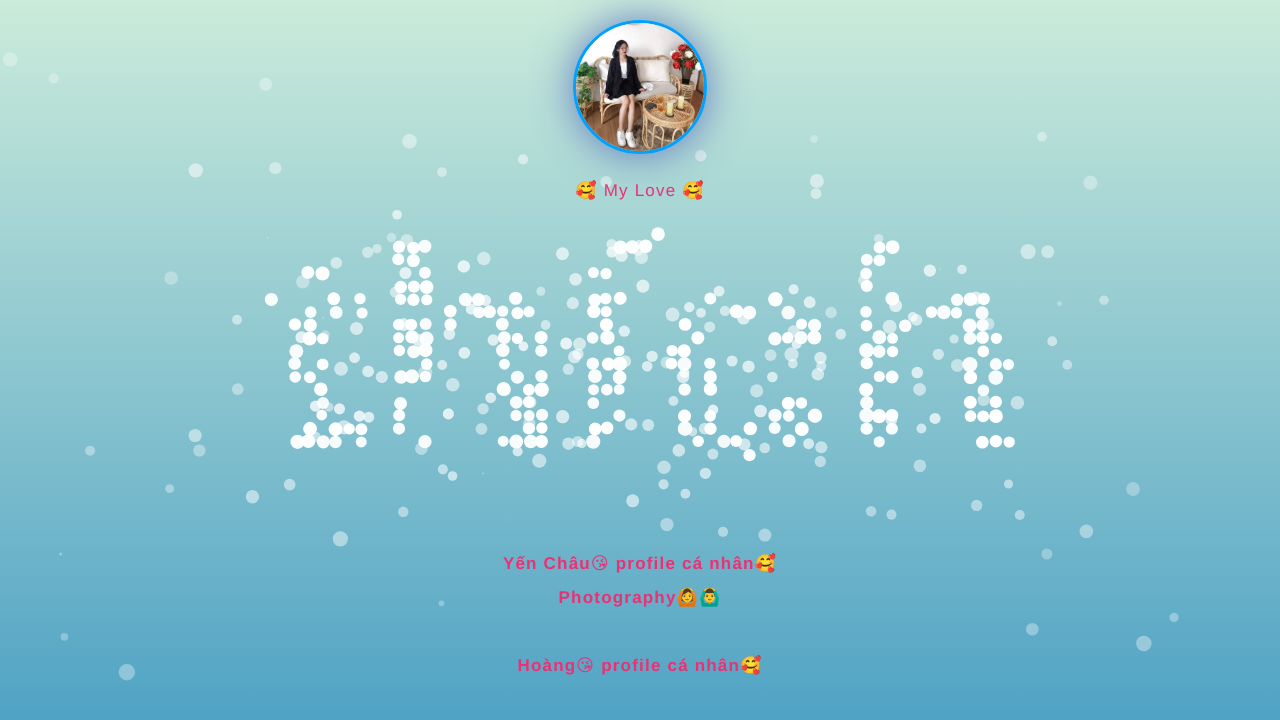
Repository: Hoang12342906/yennNgao
Page: loveyou.html
An editor plug-in stored every save of this project. The page is shown before and after the next save, followed by the edit.
The browser window is 1280 px wide. The pictures show the whole page.

Above is the page before, as saved 2022-08-19 12:28:24.

### loveyou.html
<html>
    <head>
        <meta http-equiv="Content-Type" content="text/html; charset=UTF-8">
        <title>LoveYen❤️</title>
        <meta name="google-site-verification" content="PJ98pYxN_Cr91EJNGtbaB9Fb-FL1PgjgoW08SpwYk84" />

        <link rel="Shortcut Icon" href="https://i.loli.net/2019/02/13/5c62f60e194c3.png" type="image/x-icon" />
        <meta name="viewport" content="width=device-width, initial-scale=1.0">
        <meta name="viewport" content="width=device-width, initial-scale=1.0, maximum-scale=1.0, user-scalable=0">
        <!--<meta itemprop="image" content="./images/fenxiang.png" />-->
        <style>
            html {
                height: 100%;
            }
            body {
                font-family: "Helvetica Neue", "Luxi Sans", "DejaVu Sans", Tahoma, "Hiragino Sans GB", "Microsoft Yahei", sans-serif;
                background: #79a8ae;
                color: #CFEBE4;
                font-size: 17px;
                line-height: 2;
                letter-spacing: 1.2px;
                margin: 0;
            }
            a {
                color: #ebf7f4;
            }
            .body--ready {
                background: -webkit-linear-gradient(top, rgb(203, 235, 219) 0%, rgb(55, 148, 192) 120%);
                background: -moz-linear-gradient(top, rgb(203, 235, 219) 0%, rgb(55, 148, 192) 120%);
                background: -o-linear-gradient(top, rgb(203, 235, 219) 0%, rgb(55, 148, 192) 120%);
                background: -ms-linear-gradient(top, rgb(203, 235, 219) 0%, rgb(55, 148, 192) 120%);
                background: linear-gradient(top, rgb(203, 235, 219) 0%, rgb(55, 148, 192) 120%);
            }
            .text {
                position: fixed;
                bottom: 100px;
                text-align: center;
                width: 100%;
            }
            .canvas {
                margin: 0 auto;
                display: block;
            }
            img#logo {
                width: 128px;
                background-size: cover;
                border-radius: 200px;
                box-shadow: 0px 0px 40px rgba(63, 81, 181, 0.72);
                border: 3px solid #00a0ff;
                opacity: 1;
                margin: 0 auto;
                margin-top: 20px;
                margin-bottom: 20px;
                transition: all 1.0s;
            }
            #logo:hover {
                box-shadow: 0 0 10px #fff;
                -webkit-box-shadow: 0 0 19px #fff;
                transform: rotate(360deg);
                -ms-transform: rotate(360deg); /* IE 9 */
                -moz-transform: rotate(360deg); /* Firefox */
                -webkit-transform: rotate(360deg); /* Safari 和 Chrome */
                -o-transform: rotate(360deg); /* Opera */
                filter: progid:DXImageTransform.Microsoft.BasicImage(rotation=3);
            }
            #music {
                grid-column: 2;
                position: relative;
                z-index: 1000;
                opacity: .4;
            }

            .cs {
                width: 100%;
                height: 100%;
                margin: 0 auto;
                position: absolute;
                text-align: center;
            }
            .text {
                position: fixed;
                bottom: 20px;
                text-align: center;
                width: 100%;
                font-weight: bold;
            }
            .text-right {
                position: fixed;
                bottom: 50px;
                text-align: right;
                width: 100%;
                font-weight: bold;
            }
            a:hover {

            background-color: rgb(193, 142, 183);
             }
             a{
                text-decoration: none;
             }

        </style>
    </head>
    <body>

    <div class="cs">
        <img src="./img/Yen.png" id="logo">
        <div><a  style="color: #ed3073; text-decoration: none" href="demngaylove.html" >🥰 My Love 🥰</a></div>
    </div>
    <div>
    <audio  loop autoplay>
        <source src="AngelBaby.mp3" type="audio/ogg">
      Your browser does not support the audio element.
    </audio>
</div>
    <canvas class="canvas" width="1820" height="905"></canvas>

    <p class="text" style="color: #ed3073;">Yến Châu😘
    <a style="color: #ed3073" href="https://iamyen0910.carrd.co/" >profile cá nhân🥰</a>
    <span><br><a style="color: #ed3073;"  href="https://hoang12342906.github.io/PhotographyYen/photo.html">Photography🙆🙆‍♂️</a></br></span>
    <span id="span_dt_dt"></span><br>Hoàng😘
    <a style="color: #ed3073" href="https://iamhoang290602.carrd.co/">profile cá nhân🥰</a>
    </p>

    </div>
    </script>
    <script>
        var S = {
            init: function () {
                S.Drawing.init('.canvas');
                document.body.classList.add('body--ready');
                S.UI.simulate("Thật|sự|thích|em|❤️|#time");
                S.Drawing.loop(function () {
                    S.Shape.render();
                });
            }
        };
        S.Drawing = (function () {
            var canvas,
                context,
                renderFn,
                requestFrame = window.requestAnimationFrame ||
                    window.webkitRequestAnimationFrame ||
                    window.mozRequestAnimationFrame ||
                    window.oRequestAnimationFrame ||
                    window.msRequestAnimationFrame ||
                    function (callback) {
                        window.setTimeout(callback, 1000 / 60);
                    };
            return {
                init: function (el) {
                    canvas = document.querySelector(el);
                    context = canvas.getContext('2d');
                    this.adjustCanvas();
                    window.addEventListener('resize', function (e) {
                        S.Drawing.adjustCanvas();
                    });
                },
                loop: function (fn) {
                    renderFn = !renderFn ? fn : renderFn;
                    this.clearFrame();
                    renderFn();
                    requestFrame.call(window, this.loop.bind(this));
                },
                adjustCanvas: function () {
                    canvas.width = window.innerWidth - 0;
                    canvas.height = window.innerHeight - 30;
                },
                clearFrame: function () {
                    context.clearRect(0, 0, canvas.width, canvas.height);
                },
                getArea: function () {
                    return {w: canvas.width, h: canvas.height};
                },
                drawCircle: function (p, c) {
                    context.fillStyle = c.render();
                    context.beginPath();
                    context.arc(p.x, p.y, p.z, 0, 2 * Math.PI, true);
                    context.closePath();
                    context.fill();
                }
            };
        }());
        S.UI = (function () {
            var interval,
                currentAction,
                time,
                maxShapeSize = 30,
                sequence = [],
                cmd = '#';
            function formatTime(date) {
                var h = date.getHours(),
                    m = date.getMinutes(),
                    m = m < 10 ? '0' + m : m;
                return h + ':' + m;
            }
            function getValue(value) {
                return value && value.split(' ')[1];
            }
            function getAction(value) {
                value = value && value.split(' ')[0];
                return value && value[0] === cmd && value.substring(1);
            }
            function timedAction(fn, delay, max, reverse) {
                clearInterval(interval);
                currentAction = reverse ? max : 1;
                fn(currentAction);
                if (!max || (!reverse && currentAction < max) || (reverse && currentAction > 0)) {
                    interval = setInterval(function () {
                        currentAction = reverse ? currentAction - 1 : currentAction + 1;
                        fn(currentAction);
                        if ((!reverse && max && currentAction === max) || (reverse && currentAction === 0)) {
                            clearInterval(interval);
                        }
                    }, delay);
                }
            }
            function performAction(value) {
                var action,
                    value,
                    current;
                sequence = typeof (value) === 'object' ? value : sequence.concat(value.split('|'));
                timedAction(function (index) {
                    current = sequence.shift();
                    action = getAction(current);
                    value = getValue(current);
                    switch (action) {
                        case 'countdown':
                            value = parseInt(value) || 10;
                            value = value > 0 ? value : 10;
                            timedAction(function (index) {
                                if (index === 0) {
                                    if (sequence.length === 0) {
                                        S.Shape.switchShape(S.ShapeBuilder.letter(''));
                                    } else {
                                        performAction(sequence);
                                    }
                                } else {
                                    S.Shape.switchShape(S.ShapeBuilder.letter(index), true);
                                }
                            }, 1000, value, true);
                            break;
                        case 'rectangle':
                            value = value && value.split('x');
                            value = (value && value.length === 2) ? value : [maxShapeSize, maxShapeSize / 2];
                            S.Shape.switchShape(S.ShapeBuilder.rectangle(Math.min(maxShapeSize, parseInt(value[0])), Math.min(maxShapeSize, parseInt(value[1]))));
                            break;
                        case 'circle':
                            value = parseInt(value) || maxShapeSize;
                            value = Math.min(value, maxShapeSize);
                            S.Shape.switchShape(S.ShapeBuilder.circle(value));
                            break;
                        case 'time':
                            var t = formatTime(new Date());
                            if (sequence.length > 0) {
                                S.Shape.switchShape(S.ShapeBuilder.letter(t));
                            } else {
                                timedAction(function () {
                                    t = formatTime(new Date());
                                    if (t !== time) {
                                        time = t;
                                        S.Shape.switchShape(S.ShapeBuilder.letter(time));
                                    }
                                }, 1000);
                            }
                            break;
                        default:
                            S.Shape.switchShape(S.ShapeBuilder.letter(current[0] === cmd ? 'HacPai' : current));
                    }
                }, 2000, sequence.length);
            }
            return {
                simulate: function (action) {
                    performAction(action);
                }
            };
        }());
        S.Point = function (args) {
            this.x = args.x;
            this.y = args.y;
            this.z = args.z;
            this.a = args.a;
            this.h = args.h;
        };
        S.Color = function (r, g, b, a) {
            this.r = r;
            this.g = g;
            this.b = b;
            this.a = a;
        };
        S.Color.prototype = {
            render: function () {
                return 'rgba(' + this.r + ',' + +this.g + ',' + this.b + ',' + this.a + ')';
            }
        };
        S.Dot = function (x, y) {
            this.p = new S.Point({
                x: x,
                y: y,
                z: 5,
                a: 1,
                h: 0
            });
            this.e = 0.07;
            this.s = true;
            this.c = new S.Color(255, 255, 255, this.p.a);
            this.t = this.clone();
            this.q = [];
        };
        S.Dot.prototype = {
            clone: function () {
                return new S.Point({
                    x: this.x,
                    y: this.y,
                    z: this.z,
                    a: this.a,
                    h: this.h
                });
            },
            _draw: function () {
                this.c.a = this.p.a;
                S.Drawing.drawCircle(this.p, this.c);
            },
            _moveTowards: function (n) {
                var details = this.distanceTo(n, true),
                    dx = details[0],
                    dy = details[1],
                    d = details[2],
                    e = this.e * d;
                if (this.p.h === -1) {
                    this.p.x = n.x;
                    this.p.y = n.y;
                    return true;
                }
                if (d > 1) {
                    this.p.x -= ((dx / d) * e);
                    this.p.y -= ((dy / d) * e);
                } else {
                    if (this.p.h > 0) {
                        this.p.h--;
                    } else {
                        return true;
                    }
                }
                return false;
            },
            _update: function () {
                if (this._moveTowards(this.t)) {
                    var p = this.q.shift();
                    if (p) {
                        this.t.x = p.x || this.p.x;
                        this.t.y = p.y || this.p.y;
                        this.t.z = p.z || this.p.z;
                        this.t.a = p.a || this.p.a;
                        this.p.h = p.h || 0;
                    } else {
                        if (this.s) {
                            this.p.x -= Math.sin(Math.random() * 3.142);
                            this.p.y -= Math.sin(Math.random() * 3.142);
                        } else {
                            this.move(new S.Point({
                                x: this.p.x + (Math.random() * 50) - 25,
                                y: this.p.y + (Math.random() * 50) - 25
                            }));
                        }
                    }
                }
                d = this.p.a - this.t.a;
                this.p.a = Math.max(0.1, this.p.a - (d * 0.05));
                d = this.p.z - this.t.z;
                this.p.z = Math.max(1, this.p.z - (d * 0.05));
            },
            distanceTo: function (n, details) {
                var dx = this.p.x - n.x,
                    dy = this.p.y - n.y,
                    d = Math.sqrt(dx * dx + dy * dy);
                return details ? [dx, dy, d] : d;
            },
            move: function (p, avoidStatic) {
                if (!avoidStatic || (avoidStatic && this.distanceTo(p) > 1)) {
                    this.q.push(p);
                }
            },
            render: function () {
                this._update();
                this._draw();
            }
        };
        S.ShapeBuilder = (function () {
            var gap = 13,
                shapeCanvas = document.createElement('canvas'),
                shapeContext = shapeCanvas.getContext('2d'),
                fontSize = 500,
                fontFamily = 'Avenir, Helvetica Neue, Helvetica, Arial, sans-serif';
            function fit() {
                shapeCanvas.width = Math.floor(window.innerWidth / gap) * gap;
                shapeCanvas.height = Math.floor(window.innerHeight / gap) * gap;
                shapeContext.fillStyle = 'red';
                shapeContext.textBaseline = 'middle';
                shapeContext.textAlign = 'center';
            }
            function processCanvas() {
                var pixels = shapeContext.getImageData(0, 0, shapeCanvas.width, shapeCanvas.height).data;
                dots = [],
                    pixels,
                    x = 0,
                    y = 0,
                    fx = shapeCanvas.width,
                    fy = shapeCanvas.height,
                    w = 0,
                    h = 0;
                for (var p = 0; p < pixels.length; p += (4 * gap)) {
                    if (pixels[p + 3] > 0) {
                        dots.push(new S.Point({
                            x: x,
                            y: y
                        }));
                        w = x > w ? x : w;
                        h = y > h ? y : h;
                        fx = x < fx ? x : fx;
                        fy = y < fy ? y : fy;
                    }
                    x += gap;
                    if (x >= shapeCanvas.width) {
                        x = 0;
                        y += gap;
                        p += gap * 4 * shapeCanvas.width;
                    }
                }
                return {dots: dots, w: w + fx, h: h + fy};
            }
            function setFontSize(s) {
                shapeContext.font = 'bold ' + s + 'px ' + fontFamily;
            }
            function isNumber(n) {
                return !isNaN(parseFloat(n)) && isFinite(n);
            }
            function init() {
                fit();
                window.addEventListener('resize', fit);
            }
            // Init
            init();
            return {
                imageFile: function (url, callback) {
                    var image = new Image(),
                        a = S.Drawing.getArea();
                    image.onload = function () {
                        shapeContext.clearRect(0, 0, shapeCanvas.width, shapeCanvas.height);
                        shapeContext.drawImage(this, 0, 0, a.h * 0.6, a.h * 0.6);
                        callback(processCanvas());
                    };
                    image.onerror = function () {
                        callback(S.ShapeBuilder.letter('What?'));
                    };
                    image.src = url;
                },
                circle: function (d) {
                    var r = Math.max(0, d) / 2;
                    shapeContext.clearRect(0, 0, shapeCanvas.width, shapeCanvas.height);
                    shapeContext.beginPath();
                    shapeContext.arc(r * gap, r * gap, r * gap, 0, 2 * Math.PI, false);
                    shapeContext.fill();
                    shapeContext.closePath();
                    return processCanvas();
                },
                letter: function (l) {
                    var s = 0;
                    setFontSize(fontSize);
                    s = Math.min(fontSize,
                        (shapeCanvas.width / shapeContext.measureText(l).width) * 0.8 * fontSize,
                        (shapeCanvas.height / fontSize) * (isNumber(l) ? 1 : 0.45) * fontSize);
                    setFontSize(s);
                    shapeContext.clearRect(0, 0, shapeCanvas.width, shapeCanvas.height);
                    shapeContext.fillText(l, shapeCanvas.width / 2, shapeCanvas.height / 2);
                    return processCanvas();
                },
                rectangle: function (w, h) {
                    var dots = [],
                        width = gap * w,
                        height = gap * h;
                    for (var y = 0; y < height; y += gap) {
                        for (var x = 0; x < width; x += gap) {
                            dots.push(new S.Point({
                                x: x,
                                y: y
                            }));
                        }
                    }
                    return {dots: dots, w: width, h: height};
                }
            };
        }());
        S.Shape = (function () {
            var dots = [],
                width = 0,
                height = 0,
                cx = 0,
                cy = 0;
            function compensate() {
                var a = S.Drawing.getArea();
                cx = a.w / 2 - width / 2;
                cy = a.h / 2 - height / 2;
            }
            return {
                shuffleIdle: function () {
                    var a = S.Drawing.getArea();
                    for (var d = 0; d < dots.length; d++) {
                        if (!dots[d].s) {
                            dots[d].move({
                                x: Math.random() * a.w,
                                y: Math.random() * a.h
                            });
                        }
                    }
                },
                switchShape: function (n, fast) {
                    var size,
                        a = S.Drawing.getArea();
                    width = n.w;
                    height = n.h;
                    compensate();
                    if (n.dots.length > dots.length) {
                        size = n.dots.length - dots.length;
                        for (var d = 1; d <= size; d++) {
                            dots.push(new S.Dot(a.w / 2, a.h / 2));
                        }
                    }
                    var d = 0,
                        i = 0;
                    while (n.dots.length > 0) {
                        i = Math.floor(Math.random() * n.dots.length);
                        dots[d].e = fast ? 0.25 : (dots[d].s ? 0.14 : 0.11);
                        if (dots[d].s) {
                            dots[d].move(new S.Point({
                                z: Math.random() * 20 + 10,
                                a: Math.random(),
                                h: 18
                            }));
                        } else {
                            dots[d].move(new S.Point({
                                z: Math.random() * 5 + 5,
                                h: fast ? 18 : 30
                            }));
                        }
                        dots[d].s = true;
                        dots[d].move(new S.Point({
                            x: n.dots[i].x + cx,
                            y: n.dots[i].y + cy,
                            a: 1,
                            z: 5,
                            h: 0
                        }));
                        n.dots = n.dots.slice(0, i).concat(n.dots.slice(i + 1));
                        d++;
                    }
                    for (var i = d; i < dots.length; i++) {
                        if (dots[i].s) {
                            dots[i].move(new S.Point({
                                z: Math.random() * 20 + 10,
                                a: Math.random(),
                                h: 20
                            }));
                            dots[i].s = false;
                            dots[i].e = 0.04;
                            dots[i].move(new S.Point({
                                x: Math.random() * a.w,
                                y: Math.random() * a.h,
                                a: 0.3, //.4
                                z: Math.random() * 4,
                                h: 0
                            }));
                        }
                    }
                },
                render: function () {
                    for (var d = 0; d < dots.length; d++) {
                        dots[d].render();
                    }
                }
            };
        }());
        S.init();
    </script>
</body>
</html>

After the next save:
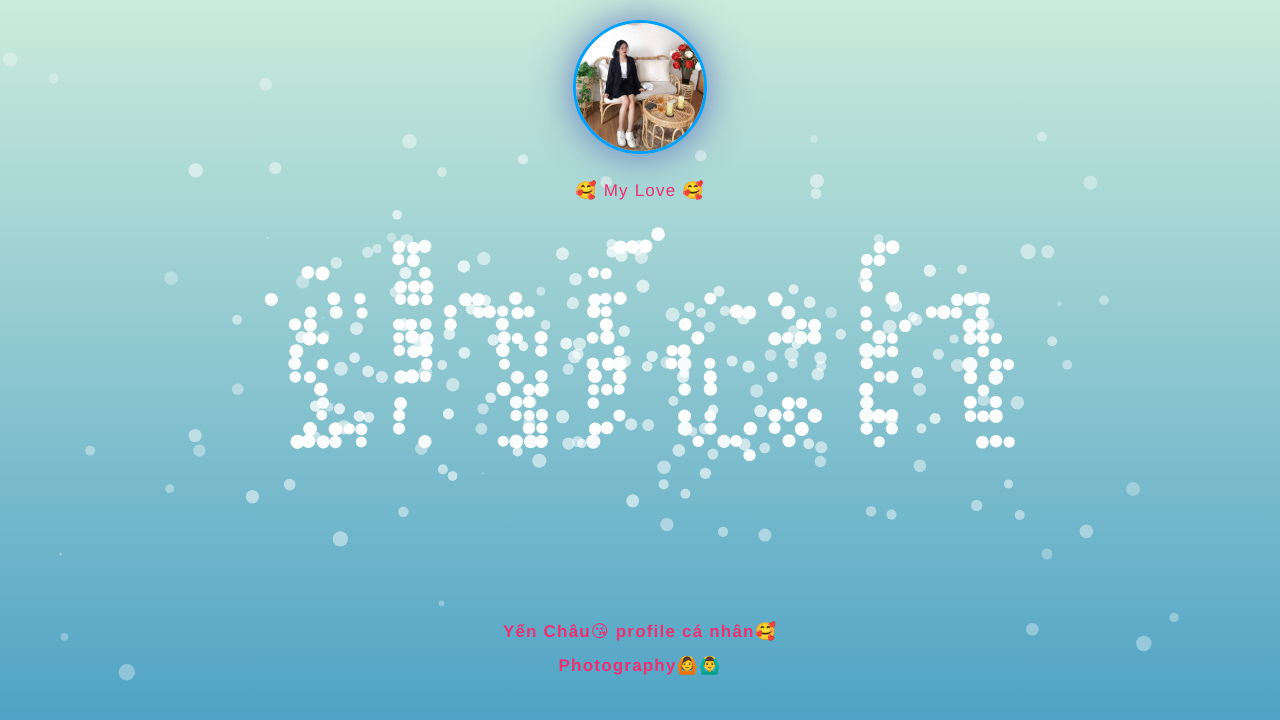
Saved 46 s later.
--- a/loveyou.html
+++ b/loveyou.html
@@ -118,8 +118,6 @@
     <p class="text" style="color: #ed3073;">Yến Châu😘
     <a style="color: #ed3073" href="https://iamyen0910.carrd.co/" >profile cá nhân🥰</a>
     <span><br><a style="color: #ed3073;"  href="https://hoang12342906.github.io/PhotographyYen/photo.html">Photography🙆🙆‍♂️</a></br></span>
-    <span id="span_dt_dt"></span><br>Hoàng😘
-    <a style="color: #ed3073" href="https://iamhoang290602.carrd.co/">profile cá nhân🥰</a>
     </p>
 
     </div>
